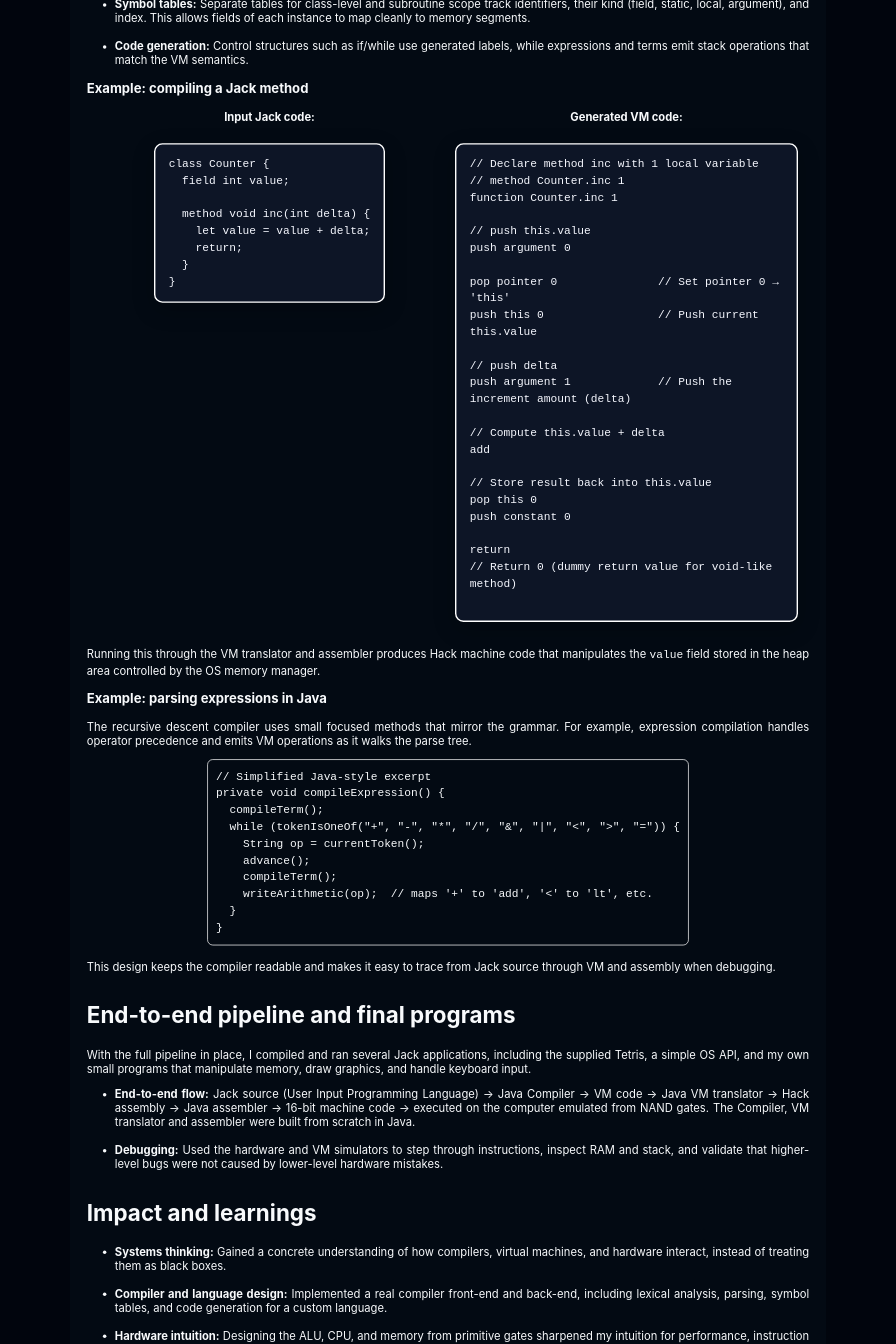
Repository: Abdulaziz-04/Abdulaziz-04.github.io
Page: deepdives/backend_systems/nand2tetris/nand2tetris.html
The author's editor kept a copy of each file at every save. The page is drawn from the files as they stood at one save, then again after the next save.
The browser window is 1280 px wide. The pictures show the part of the page from y = 4382 to 6302 px (the page is 6475 px tall before and 6451 px after), at 70% of full size.

Above is the page before, as saved 2025-11-20 21:52:43.

After the next save:
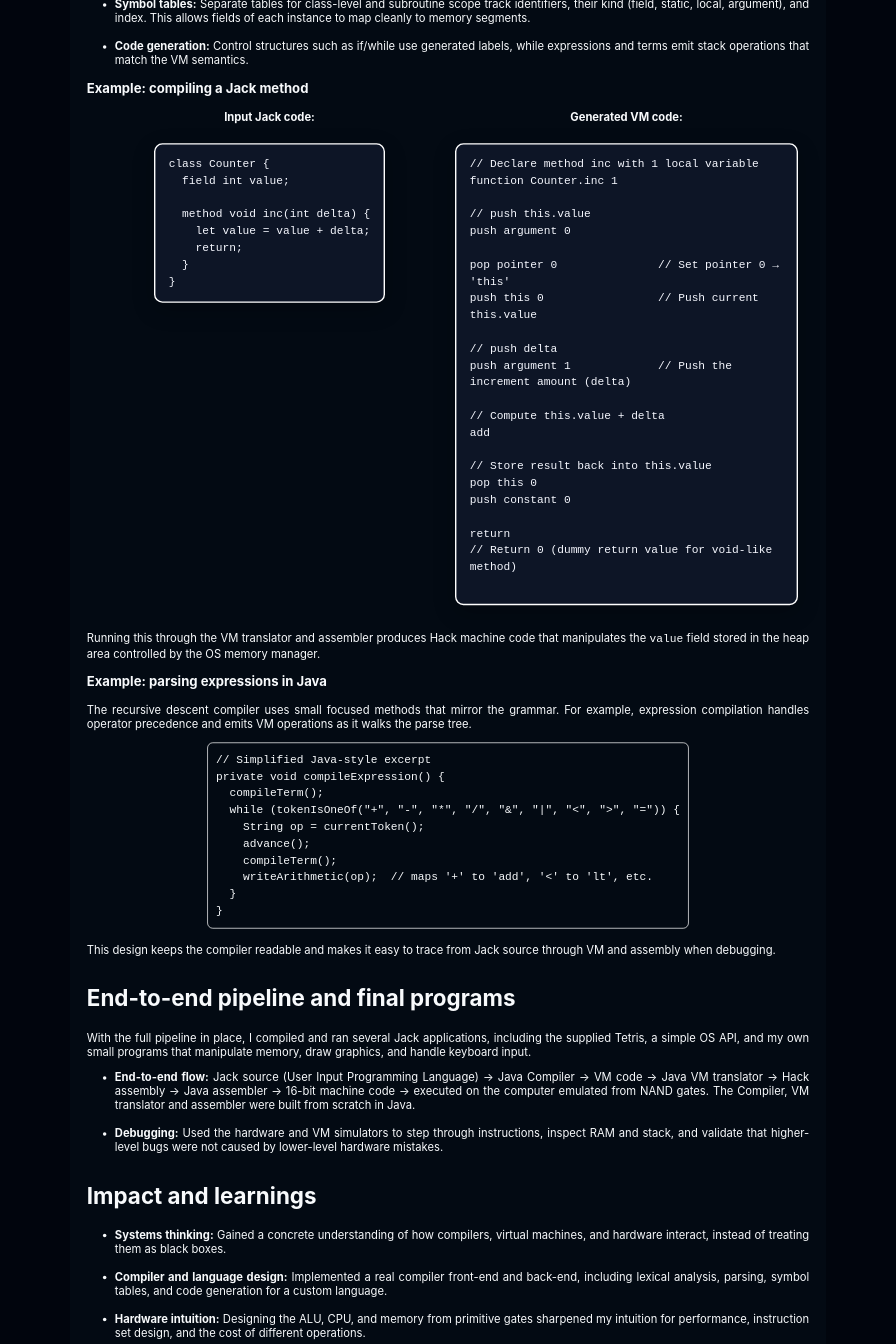
Saved 14 s later.
--- a/deepdives/backend_systems/nand2tetris/nand2tetris.html
+++ b/deepdives/backend_systems/nand2tetris/nand2tetris.html
@@ -485,7 +485,6 @@ M=M+1
             <pre
               class="code-card asm-block"
             ><code>// Declare method inc with 1 local variable
-// method Counter.inc 1
 function Counter.inc 1
 
 // push this.value
